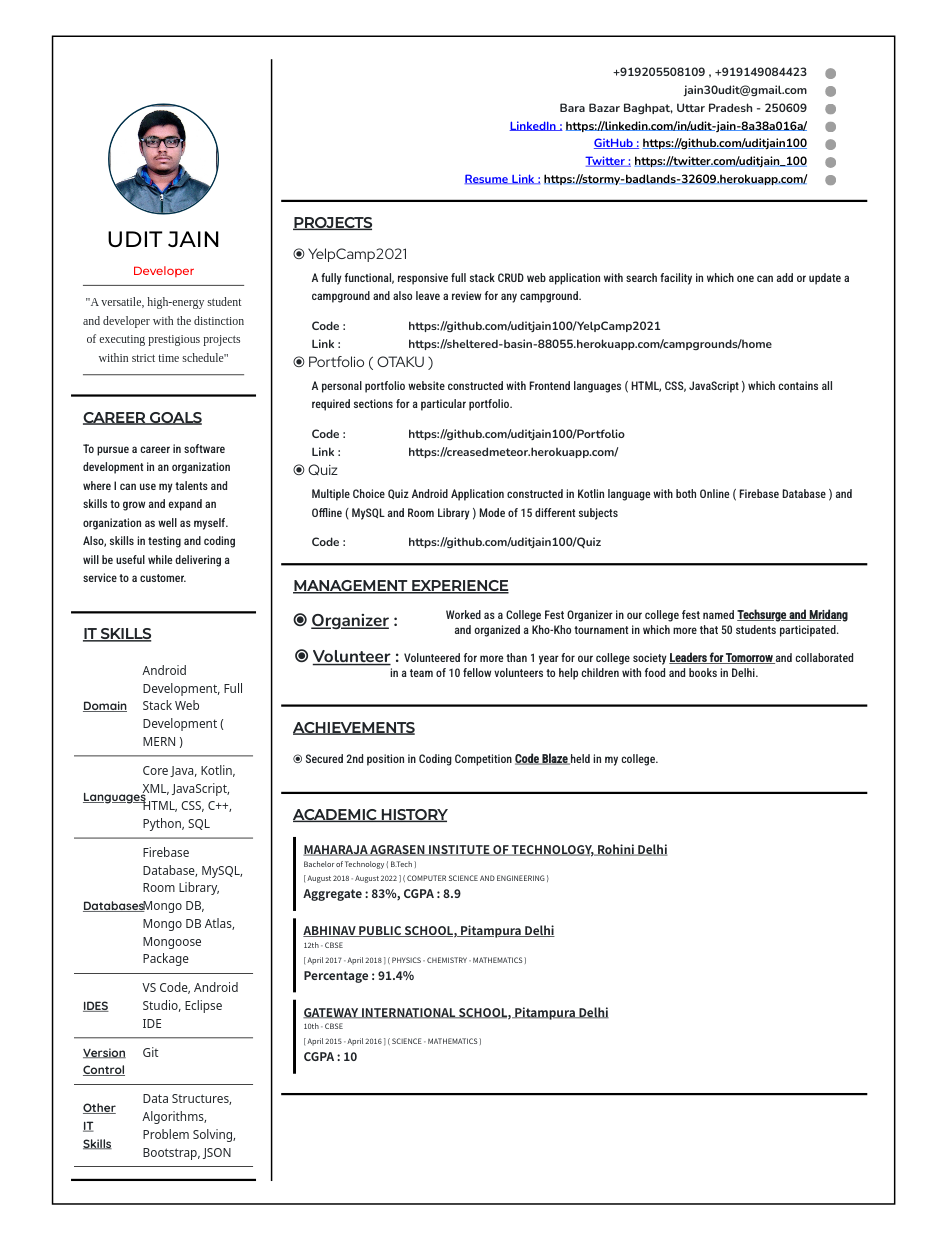
Repository: uditjain100/Resume
Page: app.html
These files come from the project's save history. The page is drawn as it stood at one moment and after the next save; the edit follows.
The browser window is 1280 px wide. The pictures show the whole page, at 74% of full size.
Pictures or frames that could not be fetched are drawn as grey boxes. Some web fonts or font styles are not loaded; a fallback is used.

Above is the page before, as saved 2021-05-27 19:12:18.

After the next save:
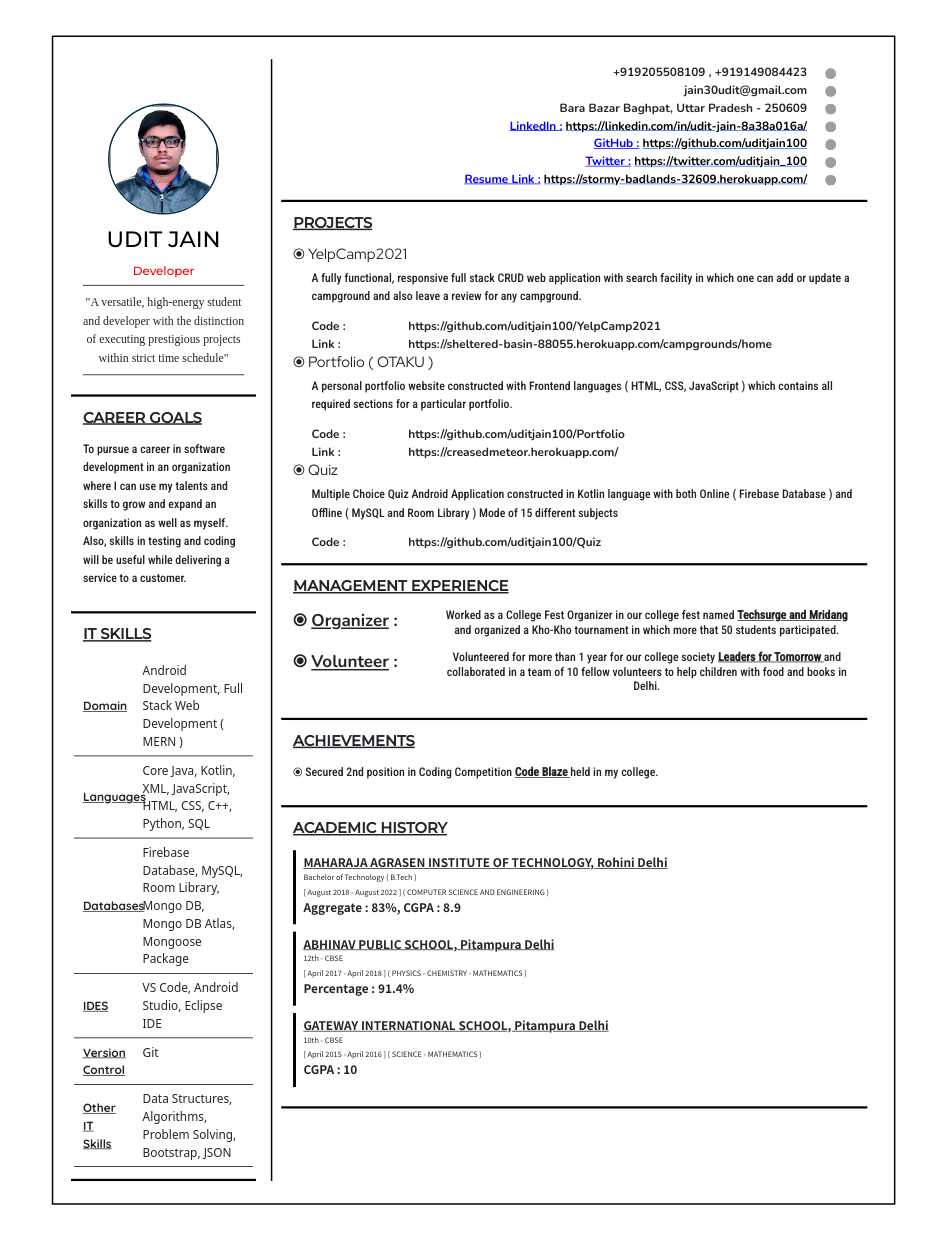
Saved 37 s later.
--- a/app.html
+++ b/app.html
@@ -337,9 +337,9 @@
 								students participated.
 							</p>
 						</li>
-						<li id="managementskillsitem">
-							<p>
-								<span id="tag">⦿ <span>Volunteer</span> : </span>
+						<li id="managementskillsitem" class="row">
+							<span id="tag" class="col-3">⦿ <span>Volunteer</span> : </span>
+							<p class="col-9">
 								Volunteered for more than 1 year for our college society
 								<span style="font-weight: 700; text-decoration: underline"
 									>Leaders for Tomorrow </span
